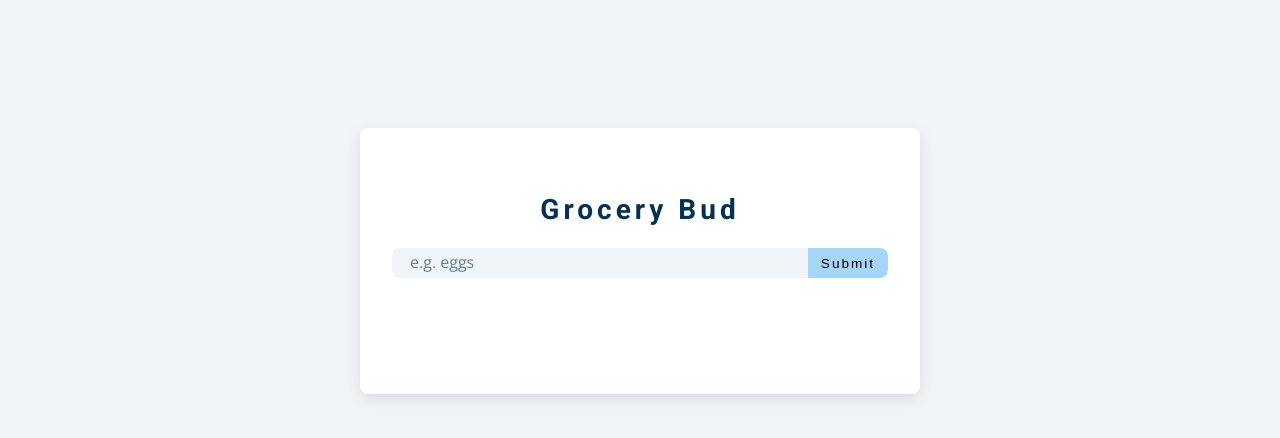
Repository: sunny070/javaScript
Page: Grogery_14/index.html
An editor plug-in stored every save of this project. The page is shown before and after the next save, followed by the edit.
The browser window is 1280 px wide. The pictures show the whole page.
Some web libraries are served in a nearby version.

Above is the page before, as saved 2023-10-31 11:57:35.

After the next save:
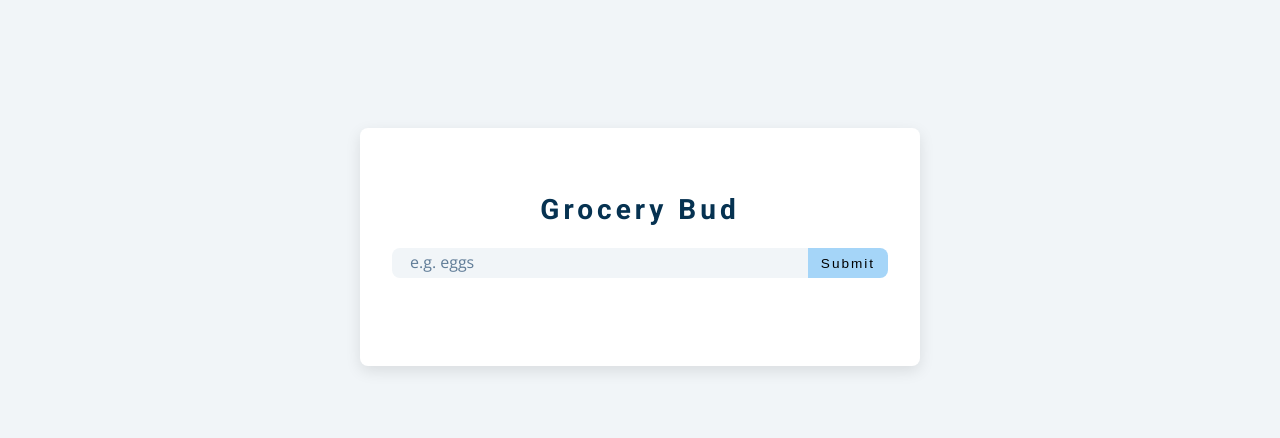
Saved 6 s later.
--- a/Grogery_14/index.html
+++ b/Grogery_14/index.html
@@ -24,9 +24,7 @@
         <!-- list -->
         <div class="grocery-container">
             <div class="grocery-list">
-                <article class="grocery-item">
 
-                </article>
             </div>
             <!-- button -->
             <button type="button" class="clear-btn">clear items</button>

After the save that followed:
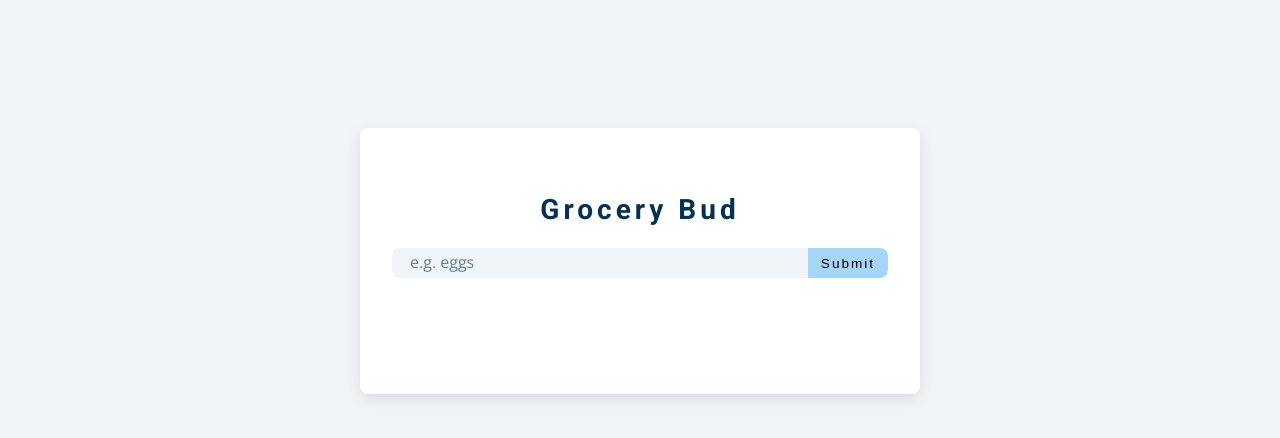
Saved 5 s later.
--- a/Grogery_14/index.html
+++ b/Grogery_14/index.html
@@ -24,7 +24,9 @@
         <!-- list -->
         <div class="grocery-container">
             <div class="grocery-list">
+                <article class="grocery-item">
 
+                </article>
             </div>
             <!-- button -->
             <button type="button" class="clear-btn">clear items</button>
